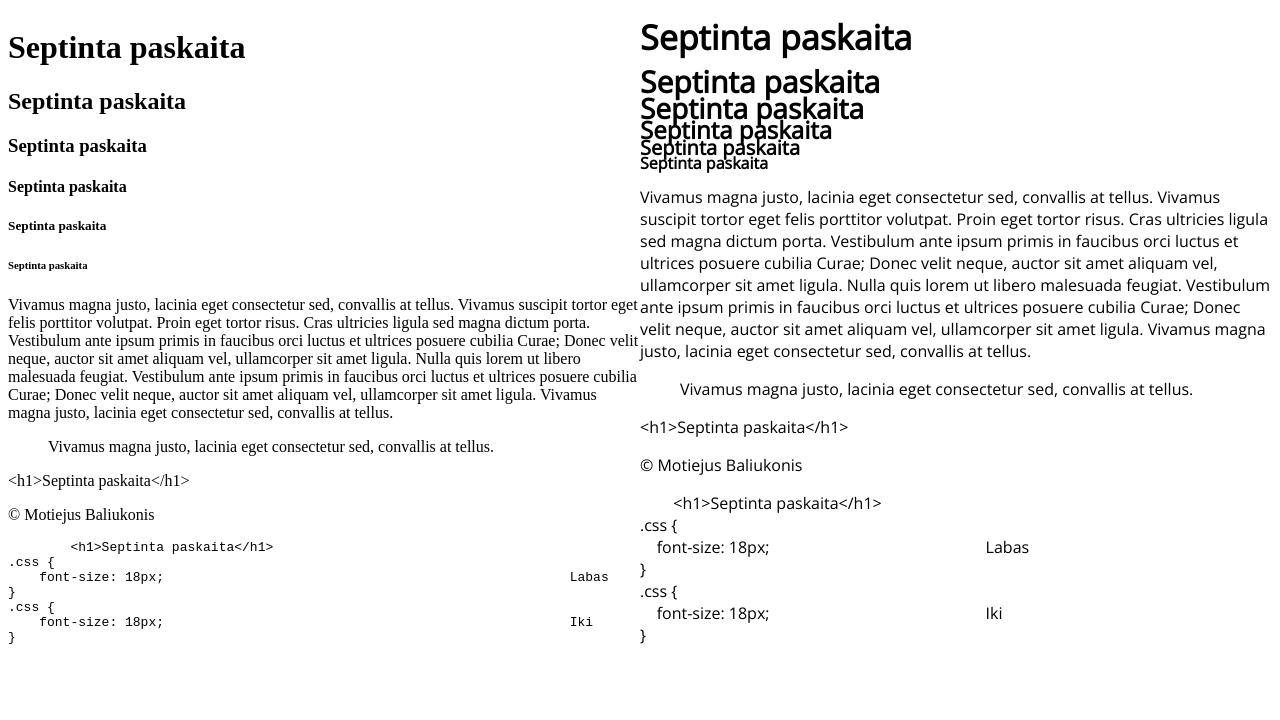
Repository: motiejus1/07-paskaita-05.31
Page: index.html
These files come from the project's save history. The page is drawn as it stood at one moment and after a run of saves; the edit follows.
The browser window is 1280 px wide. The pictures show the whole page.

Above is the page before, as saved 2021-06-10 20:07:56.

After the next 2 saves:
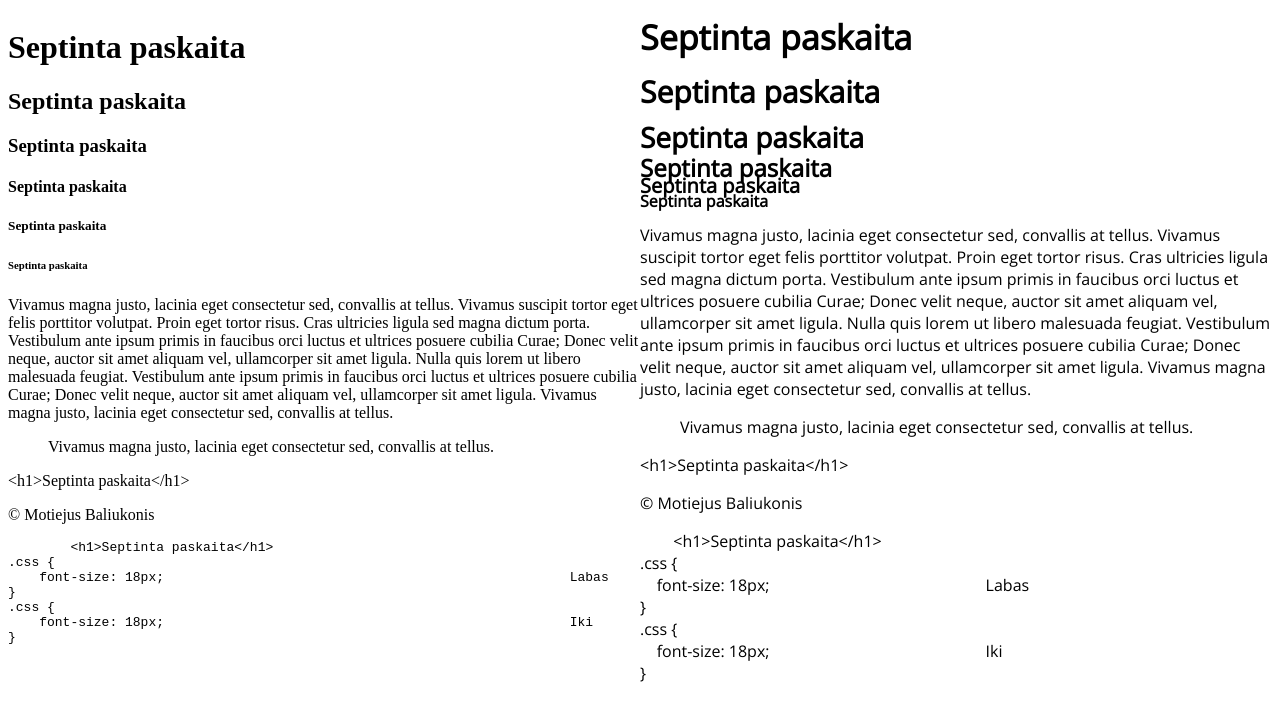
The 2 saves are shown as one change because they came seconds apart.
The last was saved 7 s later.
--- a/index.html
+++ b/index.html
@@ -39,12 +39,12 @@
 
         .right h2 {
             font-size: 30px;
-            line-height: 28px;
+            line-height: 1.6;
         }
 
         .right h3 {
             font-size: 28px;
-            line-height: 24px;
+            line-height: 1.5;
         }
 
         .right h4 {
